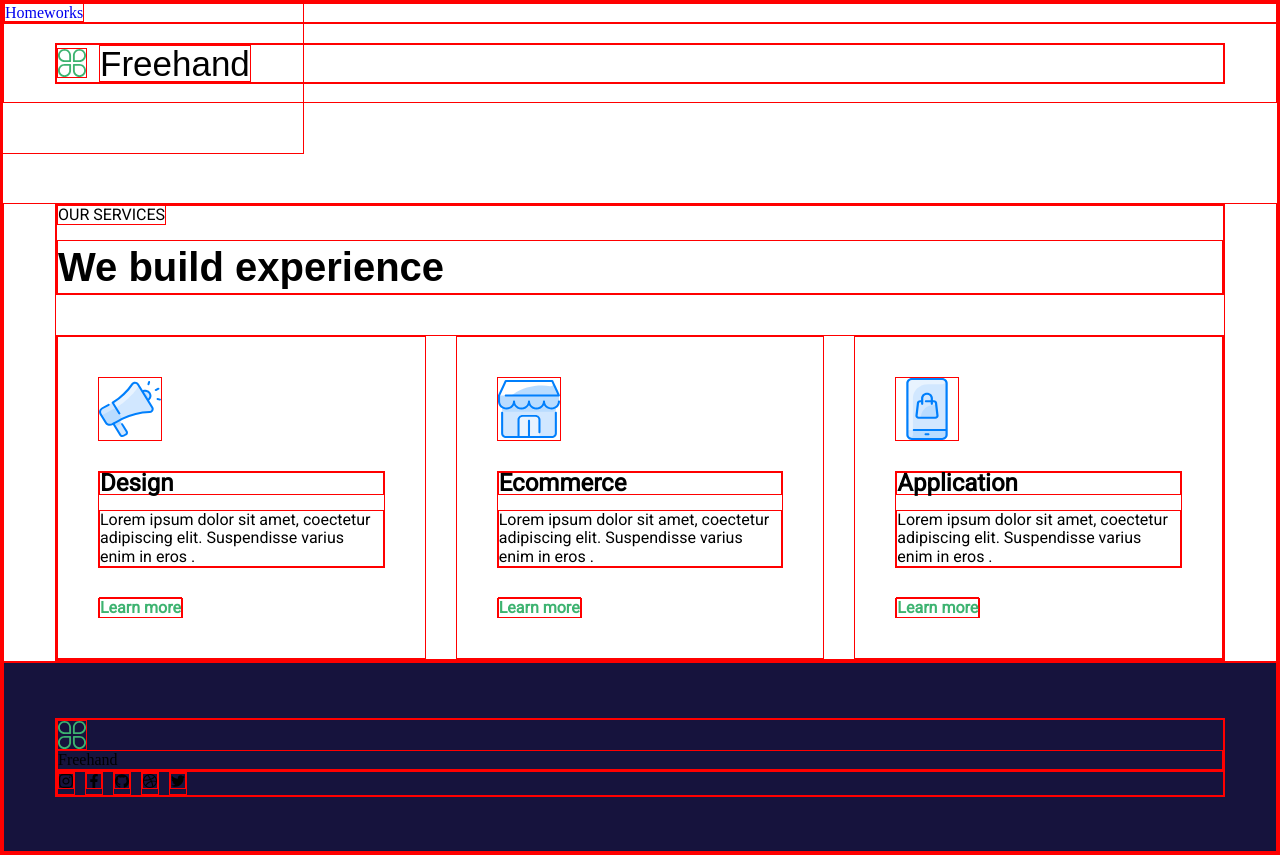
Repository: Tsiniavska/beetroot-test-project
Page: Homeworks/svg/index.html
These files come from the project's save history. The page is drawn as it stood at one moment and after the next save; the edit follows.
The browser window is 1280 px wide. The pictures show the whole page.
Some web fonts or font styles are not loaded; a fallback is used.

Above is the page before, as saved 2024-02-28 22:47:57.

After the next save:
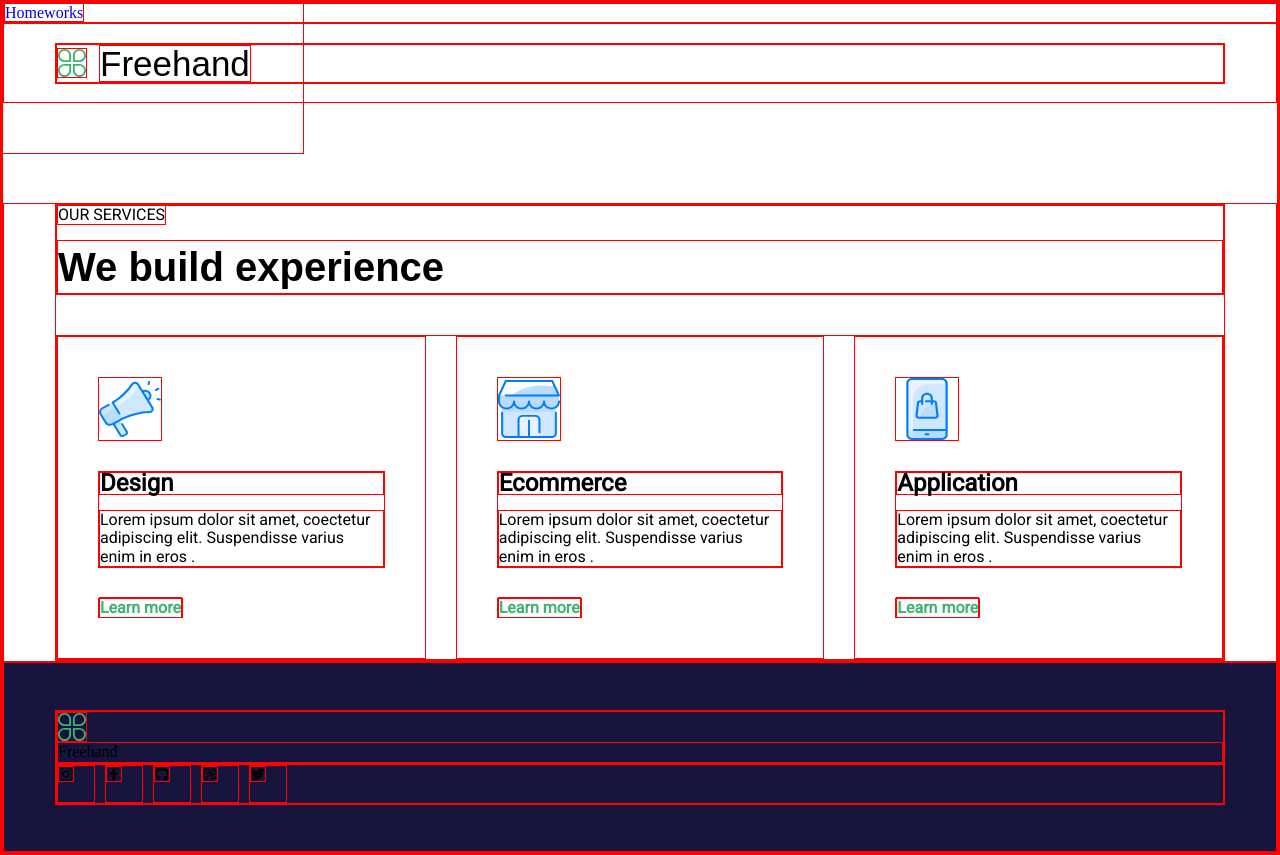
Saved 28 s later.
--- a/Homeworks/svg/index.css
+++ b/Homeworks/svg/index.css
@@ -98,4 +98,7 @@
 }
 
 .footer-icon-block-item {
+  width: 38px;
+  height: 38px;
+  background-color: ;
 }
